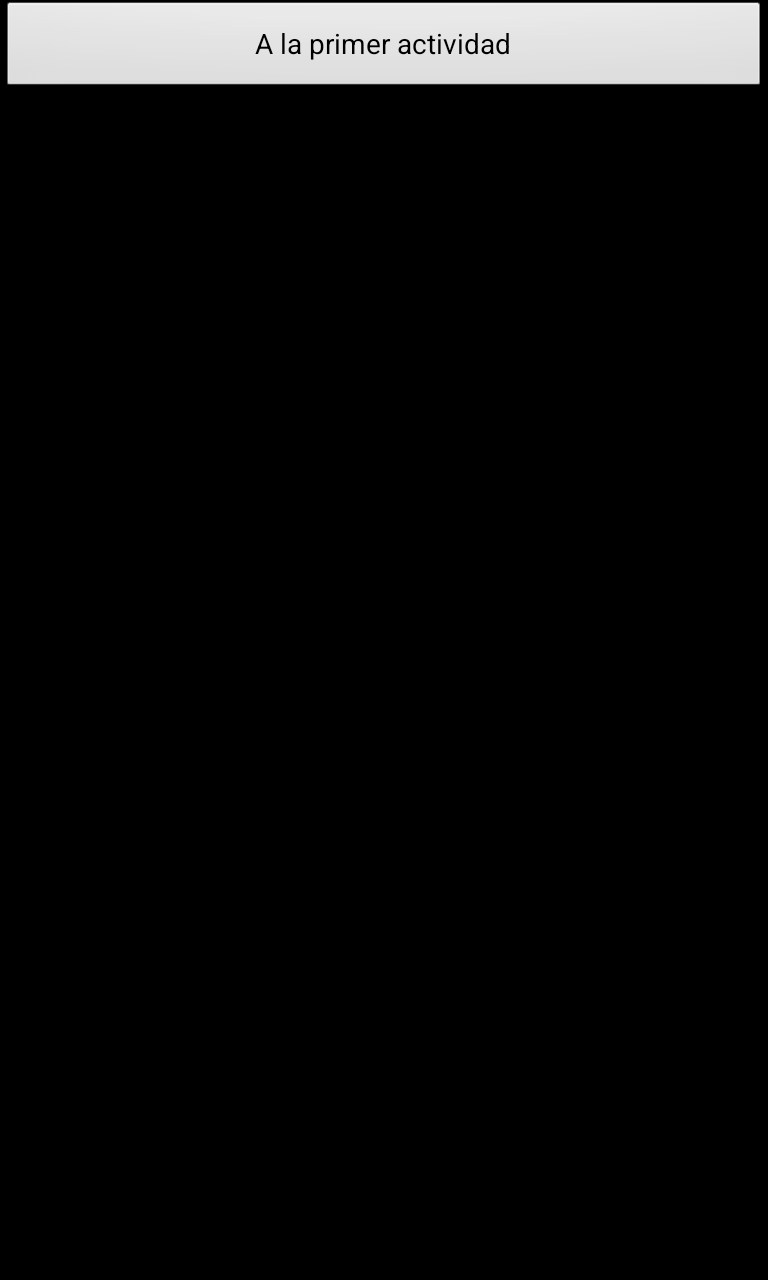
Repository: cogitovsmachina/Curso-Android-en-ITAM
Layout: SimpleIntent/res/layout/second.xml
These files come from the project's save history. The layout is drawn as it stood at one moment and after the next save; the edit follows.
It is drawn on a 768 x 1280 px phone screen (xhdpi) without system bars, with theme android:Theme; the app's code is not run.

Above is the layout before, as saved 2011-07-05 16:52:18.

### SimpleIntent/res/layout/second.xml
<?xml version="1.0" encoding="utf-8"?>
<LinearLayout xmlns:android="http://schemas.android.com/apk/res/android"
    android:orientation="vertical"
    android:layout_width="fill_parent"
    android:layout_height="fill_parent"
    >
<Button
    android:layout_width="fill_parent"
    android:layout_height="wrap_content"
    android:text="A la primer actividad"
    android:id="@+id/backtofirst"
    android:onClick="go"
    />
</LinearLayout>

### SimpleIntent/res/values/colors.xml
<?xml version="1.0" encoding="utf-8"?>
<resources>
<color name="red">#FFFF0000</color>
<color name="green">#FF00FF00</color>
</resources>

After the next save:
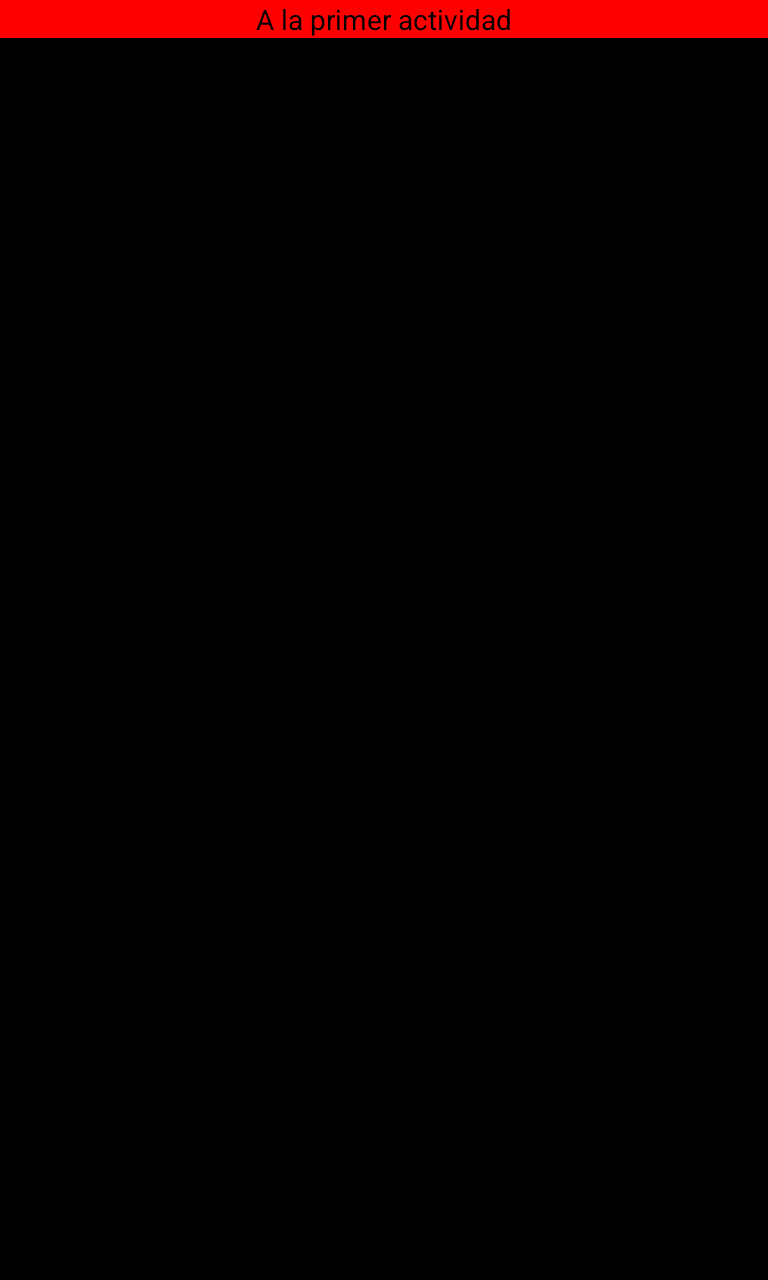
Saved 12 s later.
--- a/SimpleIntent/res/layout/second.xml
+++ b/SimpleIntent/res/layout/second.xml
@@ -10,5 +10,6 @@
     android:text="A la primer actividad"
     android:id="@+id/backtofirst"
     android:onClick="go"
+    android:background="@color/red"
     />
 </LinearLayout>
